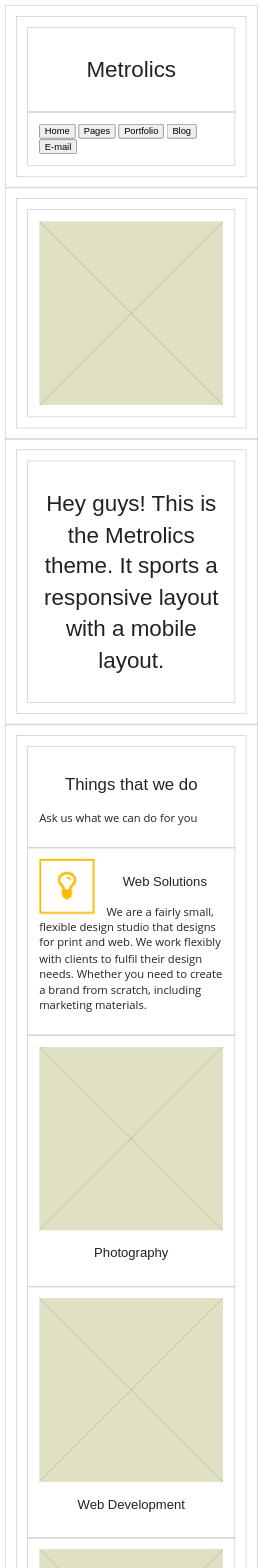
Repository: lpcmendoza/LAB02BF_Group9
Page: index.html
These files come from the project's save history. The page is drawn as it stood at one moment and after the next save; the edit follows.
The browser window is 375 px wide. The pictures show the part of the page from y = 0 to 2240 px (the page is 6974 px tall), at 70% of full size.

Above is the page before, as saved 2024-02-11 21:17:50.

After the next save:
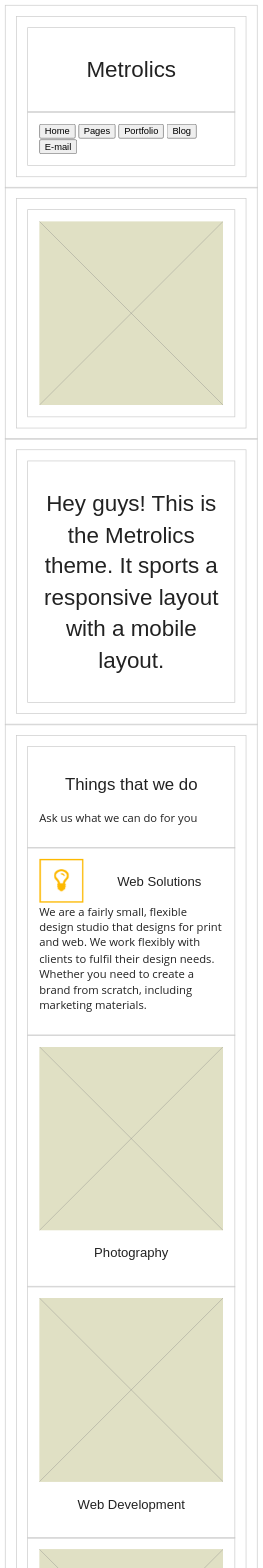
Saved 19 s later.
--- a/css/style.css
+++ b/css/style.css
@@ -178,8 +178,8 @@
   }
 
   .icons {
-      max-width: 5em;
-      max-height: 5em;
+      max-width: 4em;
+      max-height: 4em;
       float: left;
       margin-right: 1em;
   }

After the save that followed:
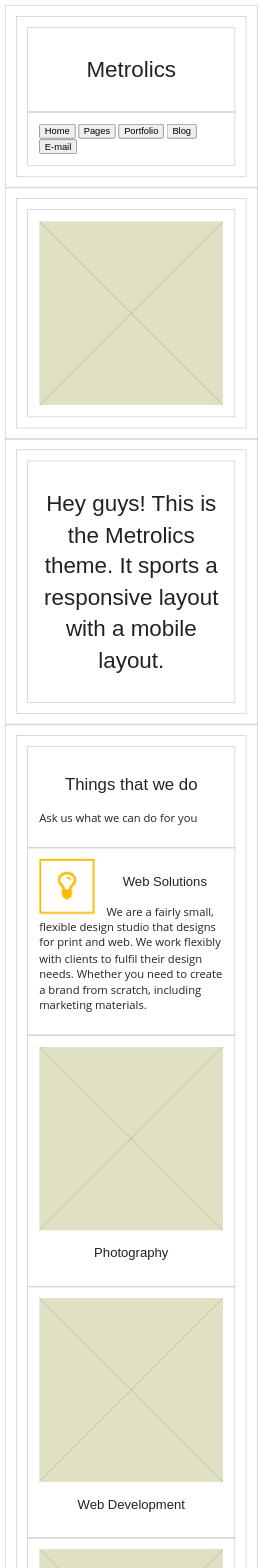
Saved 20 s later.
--- a/css/style.css
+++ b/css/style.css
@@ -178,8 +178,8 @@
   }
 
   .icons {
-      max-width: 4em;
-      max-height: 4em;
+      max-width: 5em;
+      max-height: 5em;
       float: left;
       margin-right: 1em;
   }
